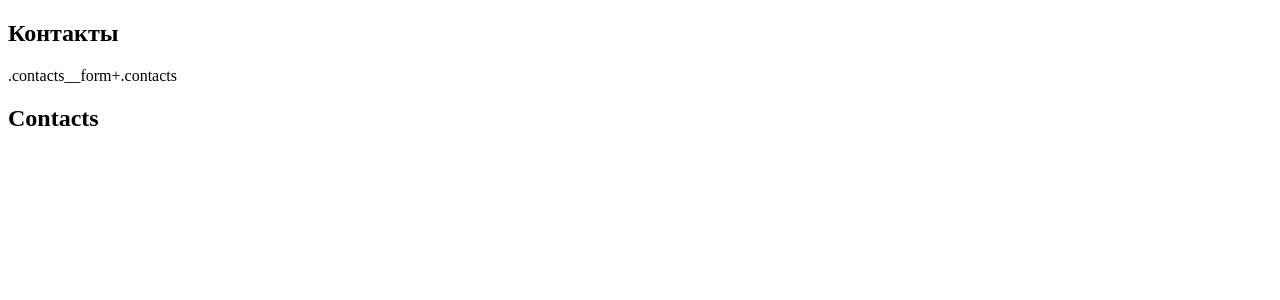
Repository: Azimich/Cleaning_
Page: src/pages/MainPage/contacts/contacts.html
The author's editor kept a copy of each file at every save. The page is drawn from the files as they stood at one save, then again after the next save.
The browser window is 1280 px wide. The pictures show the whole page.

Above is the page before, as saved 2022-10-11 20:42:21.

After the next save:
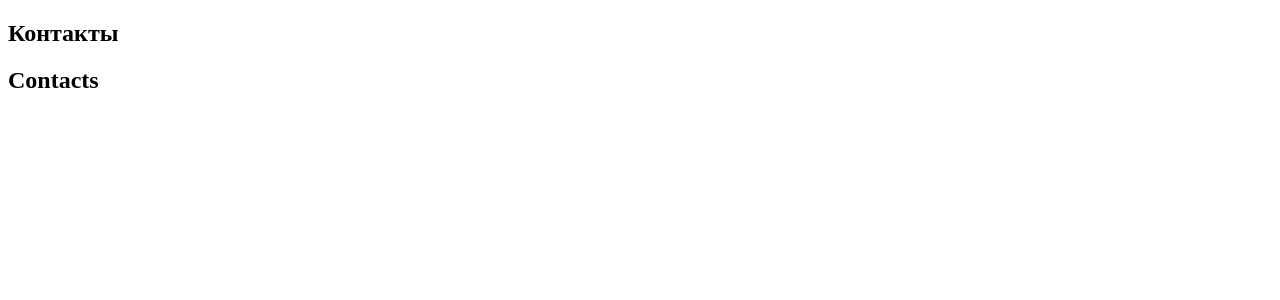
Saved 4 s later.
--- a/src/pages/MainPage/contacts/contacts.html
+++ b/src/pages/MainPage/contacts/contacts.html
@@ -8,7 +8,8 @@
         <span class="right__line"></span>
       </div>
       <div class="contacts__items">
-        .contacts__form+.contacts
+        <div class="contacts__form"></div>
+        <div class="contacts__maps"></div>
       </div>
     </div>
   </div>
